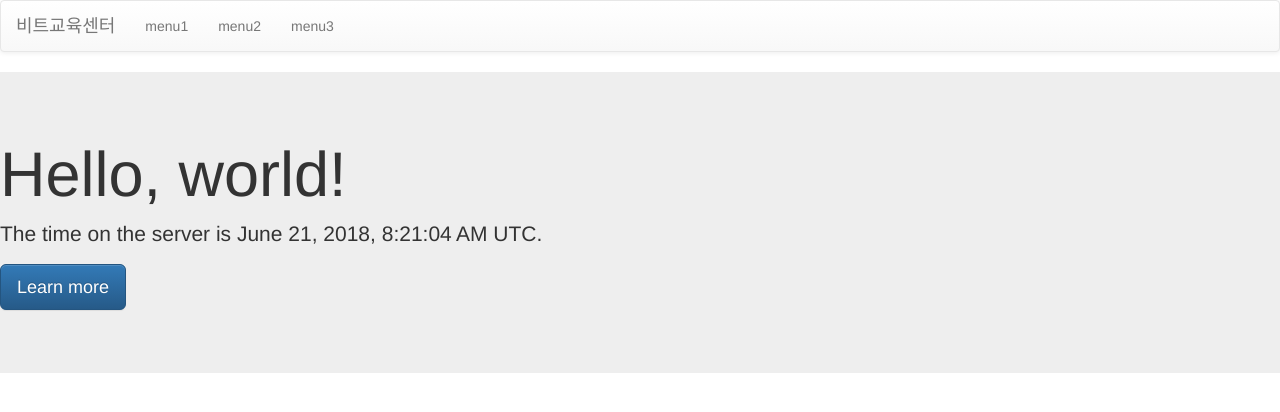
Repository: hb6class/spring2018
Page: http://localhost/sts03/
An editor plug-in stored every save of this project. The page is shown before and after the next save, followed by the edit.
The browser window is 1280 px wide. The pictures show the whole page.
The page is served by Tomcat 9. Other server files are loaded and not shown. The template is opened directly, without the code that normally fills it, so the values that code supplies are empty.

Above is the page before, as saved 2018-06-25 03:00:01.

### sts03/src/main/webapp/WEB-INF/views/home.jsp
<%@ page language="java" contentType="text/html; charset=UTF-8"
    pageEncoding="UTF-8"%>
<%@ taglib uri="http://java.sun.com/jsp/jstl/core" prefix="c" %>
<%@ page session="false" %>
<html>
<head>
<meta http-equiv="Content-Type" content="text/html; charset=UTF-8">
<!-- Latest compiled and minified CSS -->
<link rel="stylesheet" href="https://maxcdn.bootstrapcdn.com/bootstrap/3.3.7/css/bootstrap.min.css" integrity="sha384-BVYiiSIFeK1dGmJRAkycuHAHRg32OmUcww7on3RYdg4Va+PmSTsz/K68vbdEjh4u" crossorigin="anonymous">

<!-- Optional theme -->
<link rel="stylesheet" href="https://maxcdn.bootstrapcdn.com/bootstrap/3.3.7/css/bootstrap-theme.min.css" integrity="sha384-rHyoN1iRsVXV4nD0JutlnGaslCJuC7uwjduW9SVrLvRYooPp2bWYgmgJQIXwl/Sp" crossorigin="anonymous">

<!-- jQuery (necessary for Bootstrap's JavaScript plugins) -->
<script src="https://ajax.googleapis.com/ajax/libs/jquery/1.12.4/jquery.min.js"></script>

<!-- Latest compiled and minified JavaScript -->
<script src="https://maxcdn.bootstrapcdn.com/bootstrap/3.3.7/js/bootstrap.min.js" integrity="sha384-Tc5IQib027qvyjSMfHjOMaLkfuWVxZxUPnCJA7l2mCWNIpG9mGCD8wGNIcPD7Txa" crossorigin="anonymous"></script>
	<title>Home</title>
</head>
<body>
<%@ include file="template/menu.jsp" %>
<div class="jumbotron">
  <h1>Hello, world!</h1>
	<P>  The time on the server is ${serverTime}. </P>
  <p><a class="btn btn-primary btn-lg" href="#" role="button">Learn more</a></p>
</div>

</body>
</html>

### sts03/src/main/webapp/WEB-INF/views/template/menu.jsp
<%@ page language="java" contentType="text/html; charset=UTF-8"
    pageEncoding="UTF-8"%>
<nav class="navbar navbar-default">
  <div class="container-fluid">
    <div class="navbar-header">
      <a class="navbar-brand" href="#">
        <p>비트교육센터</p>
      </a>
    </div>
	  <ul class="nav navbar-nav">
	  	<li><a href="#">menu1</a></li>
	  	<li><a href="#">menu2</a></li>
	  	<li><a href="#">menu3</a></li>
	  </ul>
  </div>
</nav>

After the next save:
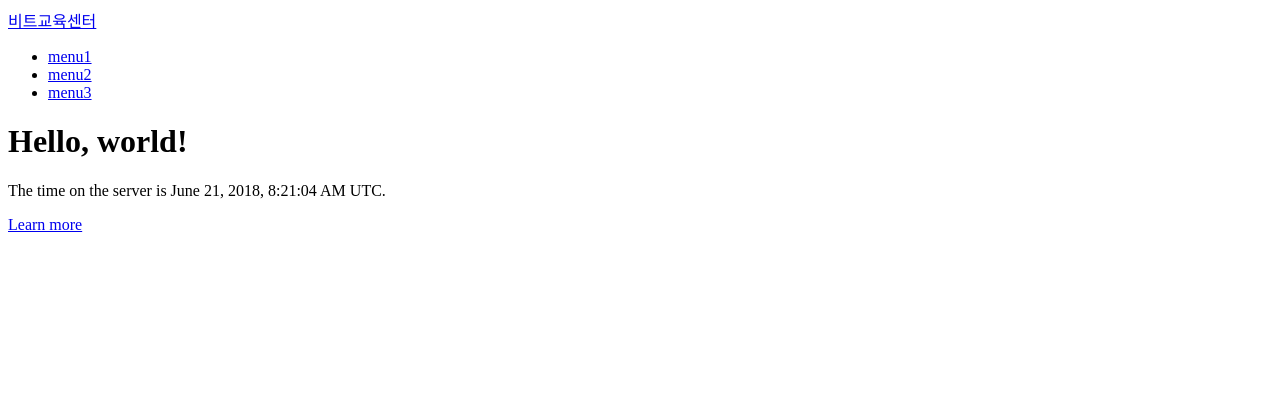
Not found: sts03/sts03/css/bootstrap.css
Not found: sts03/sts03/js/bootstrap.js
Not found: sts03/sts03/js/jquery-1.12.4.min.js
Saved 3 min 21 s later.
--- a/sts03/src/main/webapp/WEB-INF/views/home.jsp
+++ b/sts03/src/main/webapp/WEB-INF/views/home.jsp
@@ -5,17 +5,9 @@
 <html>
 <head>
 <meta http-equiv="Content-Type" content="text/html; charset=UTF-8">
-<!-- Latest compiled and minified CSS -->
-<link rel="stylesheet" href="https://maxcdn.bootstrapcdn.com/bootstrap/3.3.7/css/bootstrap.min.css" integrity="sha384-BVYiiSIFeK1dGmJRAkycuHAHRg32OmUcww7on3RYdg4Va+PmSTsz/K68vbdEjh4u" crossorigin="anonymous">
-
-<!-- Optional theme -->
-<link rel="stylesheet" href="https://maxcdn.bootstrapcdn.com/bootstrap/3.3.7/css/bootstrap-theme.min.css" integrity="sha384-rHyoN1iRsVXV4nD0JutlnGaslCJuC7uwjduW9SVrLvRYooPp2bWYgmgJQIXwl/Sp" crossorigin="anonymous">
-
-<!-- jQuery (necessary for Bootstrap's JavaScript plugins) -->
-<script src="https://ajax.googleapis.com/ajax/libs/jquery/1.12.4/jquery.min.js"></script>
-
-<!-- Latest compiled and minified JavaScript -->
-<script src="https://maxcdn.bootstrapcdn.com/bootstrap/3.3.7/js/bootstrap.min.js" integrity="sha384-Tc5IQib027qvyjSMfHjOMaLkfuWVxZxUPnCJA7l2mCWNIpG9mGCD8wGNIcPD7Txa" crossorigin="anonymous"></script>
+<link rel="stylesheet" href="css/bootstrap.css">
+<script type="text/javascript" src="js/jquery-1.12.4.min.js"></script>
+<script type="text/javascript" src="js/bootstrap.js"></script>
 	<title>Home</title>
 </head>
 <body>
